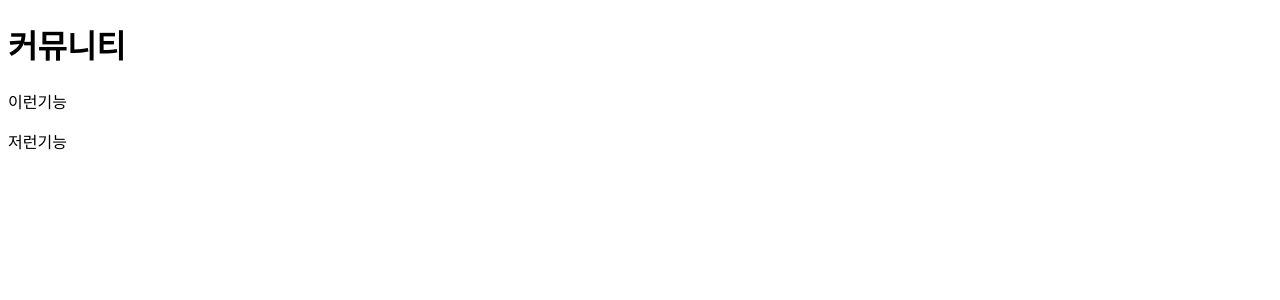
Repository: camicomi/Study_Server
Page: http://localhost/JSPTest/ex04.jsp
These files come from the project's save history. The page is drawn as it stood at one moment and after the next save; the edit follows.
The browser window is 1280 px wide. The pictures show the whole page.
The page is served by Tomcat 9.

Above is the page before, as saved 2024-04-01 06:17:28.

After the next save:
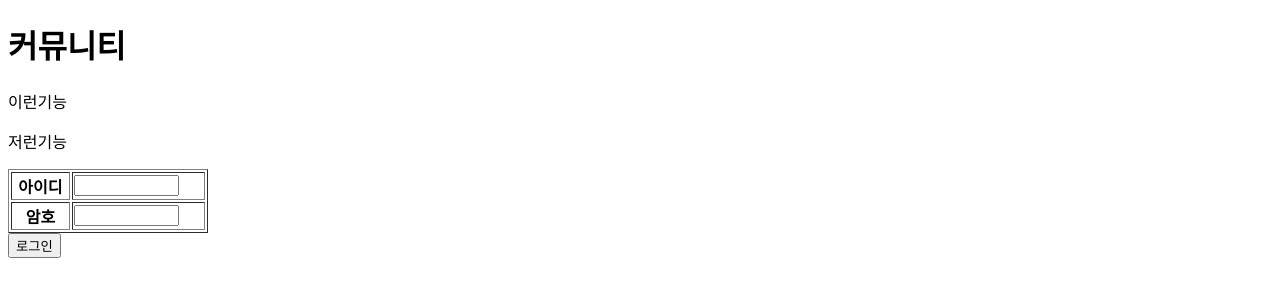
Saved 50 s later.
--- a/JSPTest/src/main/webapp/ex04.jsp
+++ b/JSPTest/src/main/webapp/ex04.jsp
@@ -13,5 +13,19 @@
 	<p>이런기능</p>
 	<p>저런기능</p>
 
+	<table border width="200">
+	<tr>
+		<th>아이디</th>
+		<td><input type="text" size="10"></td>
+	</tr>
+	<tr>
+		<th>암호</th>
+		<td><input type="password" size="10"></td>
+	</tr>
+</table>
+<div>
+	<input type="button" value="로그인">
+</div>
+
 </body>
 </html>
